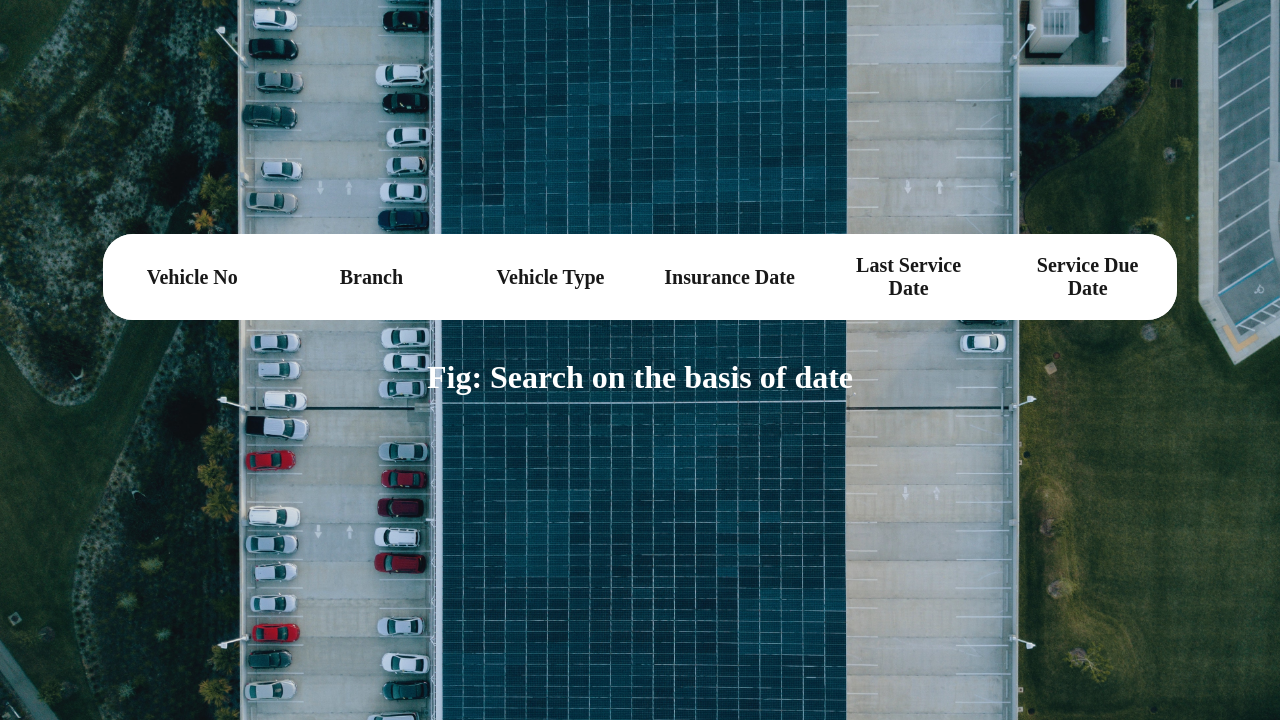
Repository: vaibhavgramni/VehicleSystem
Page: http://localhost/VehicleReservation/SearchInsuranceDate.jsp
An editor plug-in stored every save of this project. The page is shown before and after the next save, followed by the edit.
The browser window is 1280 px wide. The pictures show the whole page.
The page is served by Tomcat 9. Other server files are loaded and not shown. Queries for data that is not in the repository find no rows.

Above is the page before, as saved 2019-05-06 10:16:36.

### VehicleReservation/WebContent/SearchInsuranceDate.jsp

<%@page import="java.sql.Connection"%>
<%@page import="java.sql.PreparedStatement"%>
<%@page import="java.sql.ResultSet"%>
<%@page import="java.sql.SQLException"%>
<%@page import="VehicleR.*"%>
<%@page import="java.util.*"%>
<%@page import="java.text.*"%>


<!DOCTYPE html PUBLIC "-//W3C//DTD HTML 4.01 Transitional//EN" "http://www.w3.org/TR/html4/loose.dtd">
<html>
<head>
<link rel="Stylesheet" href="tablebranch.css">
<meta http-equiv="Content-Type" content="text/html; charset=ISO-8859-1">
<title>Insurance Search Details</title>
<script type="text/javascript">

	</script>
</head>
<body>
<%
Connection con=null;
PreparedStatement pstmt=null;
ResultSet rs=null;
String indate=(String)request.getParameter("insurancedate");
String y =""+Calendar.getInstance().get(Calendar.YEAR);
String role = (String)session.getAttribute("role");
%><br>
	<br>
	<br>
		<br>
		<br>
		<br>
		<br>
		<table>
			<tr>

			</tr>
			<tr>
				<th><b>Vehicle No</b></th>
				<th><b>Branch</b></th>
				<th><b>Vehicle Type</b></th>
				<th><b>Insurance Date</b></th>
				<th><b>Last Service Date</b></th>
				<th><b>Service Due Date</b></th>
				</tr>
				<%
				try {
		               con=Util1.getConnection();
		               System.out.println("before stmt");
		               System.out.println(indate);
		               System.out.println(y);

		               pstmt=con.prepareStatement("select * from vehicleinfo1");
		               System.out.println("after stmt");
		               rs=pstmt.executeQuery();
		               System.out.println("Inside try search page");

		               while(rs.next())
		               {

		            	    String d = rs.getString("insurancedate");
		            	    String servicedate = rs.getString("serviceduedate");
		            	    SimpleDateFormat format=new SimpleDateFormat("yyyy-MM-dd");
		           			Date date = format.parse(d);
		           			Date dateservice = format.parse(servicedate);
		           		 	System.out.println(date);
		           		// below code is for difference in days..//
		           		 	Date datetoday = Calendar.getInstance().getTime();
		         	        int diffInDays = (int) ((datetoday.getTime() - date.getTime()) / (1000 * 60 * 60 * 24));
		         	        int diffInDaysService = (int) ((datetoday.getTime() - dateservice.getTime()) / (1000 * 60 * 60 * 24));
		         	        System.out.println(diffInDays);
		           		//top code is for difference in days...//
		         	    Calendar calendar = Calendar.getInstance();
		           			calendar.setTime(date);
		           			System.out.println("date");
		           			String month = ""+calendar.get(Calendar.MONTH);
		           			String year =""+calendar.get(Calendar.YEAR);
		           			if(month.equals(indate) && year.equals(y))
		           			{
		           				if(role.equals("admin"))
		           				{
		           				%><tr>
		    								<td><a href="Updateform2.jsp"><%=rs.getString("vehicleno") %></a></td>
		    								<td><%=rs.getString("branch") %></td>
		    								<td><%=rs.getString("vehicletype") %></td>
		    								<%  if(diffInDays<=15)
		         	        				{  %>
		    									<td style="color:red;"><%=rs.getString("insurancedate") %></td>
		    								<% }
		    								else
		    								{  %>
		    									<td><%=rs.getString("insurancedate") %></td>
		    							<% 	}  %>
		    								<td><%=rs.getString("lastservicedate") %></td>
		    								<%  if(diffInDaysService<=15)
		         	        				{  %>
		    									<td style="color:red;"><%=rs.getString("serviceduedate") %></td>
		    								<% }
		    								else
		    								{  %>
		    									<td><%=rs.getString("serviceduedate") %></td>
		    							<% 	}  %>
		    							</tr>
		    					<%
		           				}
		           				else
		           				{
		           				%>
		           						<tr>
		    								<td><%=rs.getString("vehicleno") %></td>
		    								<td><%=rs.getString("branch") %></td>
		    								<td><%=rs.getString("vehicletype") %></td>
		    								<%  if(diffInDays<=15)
		         	        				{  %>
		    									<td style="color:red;"><%=rs.getString("insurancedate") %></td>
		    								<% }
		    								else
		    								{  %>
		    									<td><%=rs.getString("insurancedate") %></td>
		    							<% 	}  %>
		    								<td><%=rs.getString("lastservicedate") %></td>
		    								<%  if(diffInDaysService<=15)
		         	        				{  %>
		    									<td style="color:red;"><%=rs.getString("serviceduedate") %></td>
		    								<% }
		    								else
		    								{  %>
		    									<td><%=rs.getString("serviceduedate") %></td>
		    							<% 	}  %>
		    							</tr>
		           				<%
		           				}
		            	   }

		             }
				}
		             catch (SQLException e) {
		                      e.printStackTrace();
		               }
		               finally {
		                      Util1.closeAll(rs, pstmt, con);
		               }
				%>
		</table><br>
		<p style = "color:white"><center><h1>Fig: Search on the basis of date</h1></center></p>
</body>
</html>

### VehicleReservation/src/VehicleR/Util1.java
package VehicleR;

import java.io.FileReader;
import java.io.IOException;
import java.sql.Connection;
import java.sql.DriverManager;
import java.sql.ResultSet;
import java.sql.SQLException;
import java.sql.Statement;
import java.util.Properties;

public class Util1 {
private static final String driverClass;
private static final String url;
private static final String username;
private static final String password;

static
{
	System.out.println("inside util1");
	/*Properties pr=new Properties();
	FileReader in=null;*/
	driverClass="oracle.jdbc.driver.OracleDriver";
	url="jdbc:oracle:thin:@localhost:1521:XE";
	username="system";
	password="password-1";
	try
	{

/*
		in=new FileReader("//constant.properties");
		pr.load(in);
*/	}
	catch(Exception e)
	{
		e.printStackTrace();
	}
	finally
	{
		/*try
		{
			if(in!=null)
			{
				in.close();
				in=null;
			}
		}
		catch(IOException e)
		{
			e.printStackTrace();
		}*/
		/*driverClass=pr.getProperty("driverClass");
		url=pr.getProperty("url");
		username=pr.getProperty("username");
		password=pr.getProperty("password");*/

	}
}

static
{
	try
	{
		Class.forName(driverClass);
	}
	catch(ClassNotFoundException e)
	{
		e.printStackTrace();
	}
}
public static Connection getConnection() throws SQLException
{
	return DriverManager.getConnection(url,username,password);
}
public static void closeAll(ResultSet rs,Statement stmt,Connection con)
{
	try
	{
		if(rs!=null)
		{
			rs.close();
			rs=null;
		}
	}
	catch(SQLException e)
	{
		e.printStackTrace();
	}
	try
	{
		if(stmt!=null)
		{
			stmt.close();
		}
	}
	catch(SQLException e)
	{
		e.printStackTrace();
	}
	try
	{
		if(con!=null)
		{
			con.close();
			con=null;
		}
	}
	catch(SQLException e)
	{
		e.printStackTrace();
	}
}
}

### VehicleReservation/WebContent/tablebranch.css
body
{
    background: url(yr.jpg) no-repeat;
    background-size: cover;
}
table,th,td
{
    padding: 50px;
    width: 85%;
    height: 20%;
    margin: auto;
    margin-top: 100px;
    border: 1px  darkcyan;

    border-radius: 30px;
    border-collapse: collapse;
    text-align: center;
    font-size: 20px;
    table-layout: fixed;
    background:white;

    color:darkcyan;
    margin-top: 100px;
}
th
{
	padding: 20px;
	opacity: 0.9;
	color: black;
}

td
{
    padding: 20px;
    opacity: 0.9;
}
h1
{
    color: white;
}

After the next save:
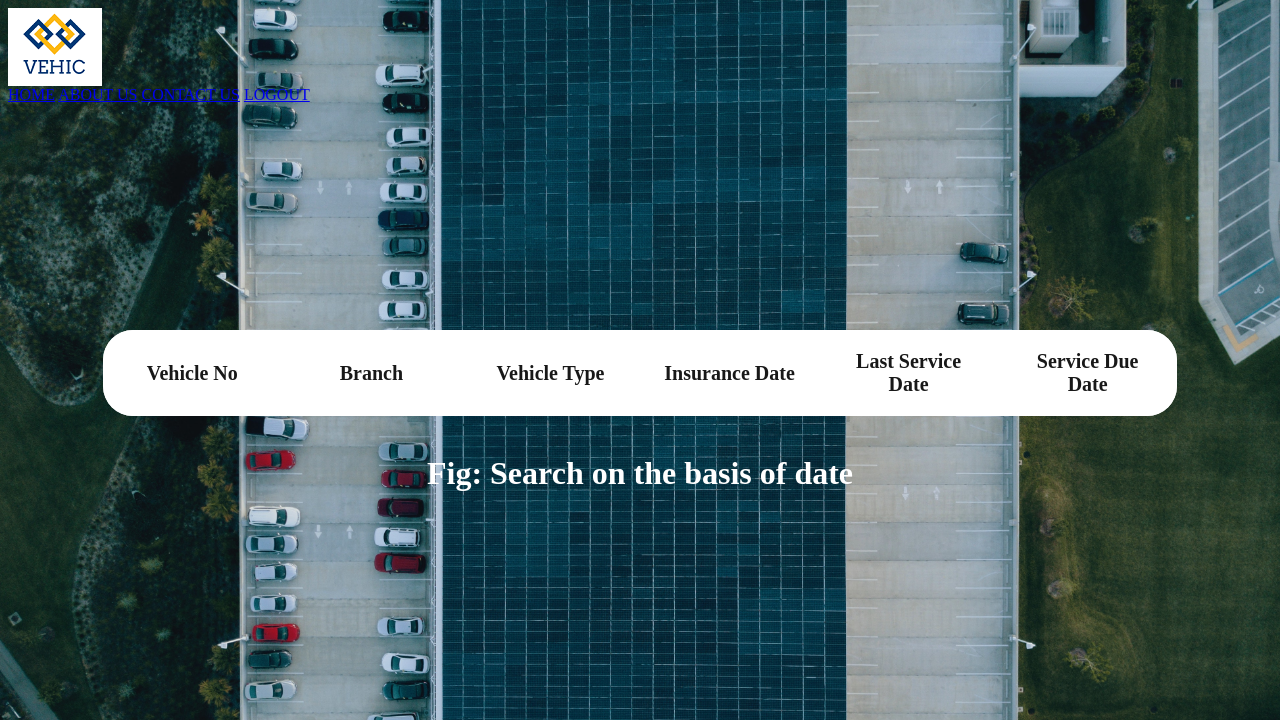
Saved 20 s later.
--- a/VehicleReservation/WebContent/SearchInsuranceDate.jsp
+++ b/VehicleReservation/WebContent/SearchInsuranceDate.jsp
@@ -19,6 +19,39 @@
 	</script>
 </head>
 <body>
+
+<!-- Navbar (sit on top) -->
+
+<div class="w3-top">
+
+ <div class="w3-bar w3-white w3-card" id="myNavbar">
+
+<a href="#home" class="w3-bar-item w3-button w3-wide">
+
+<div class="logo-image">
+
+<img src="Capture1.png" >
+
+</div>
+
+</a>
+
+
+<div class="w3-right w3-hide-small">
+
+<a href="h1.html" class="w3-bar-item w3-button">HOME</a>
+
+<a href="aboutus.html" class="w3-bar-item w3-button">ABOUT US</a>
+
+<a href="contactus.html" class="w3-bar-item w3-button">CONTACT US</a>
+
+<a href="#contact us" class="w3-bar-item w3-button">LOGOUT</a>
+
+<!--<a href="#contact" class="w3-bar-item w3-button">
+<i class="fa fa-envelope"></i> CONTACT</a>-->
+    </div>
+    </div>
+</div>
 <%
 Connection con=null;
 PreparedStatement pstmt=null;
